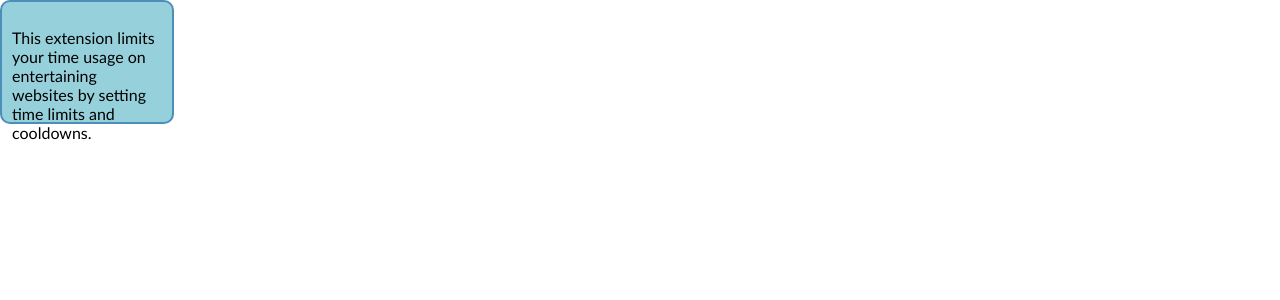
Repository: AndrlmMass/Time-management-chrome-extension
Page: popup.html
These files come from the project's save history. The page is drawn as it stood at one moment and after the next save; the edit follows.
The browser window is 1280 px wide. The pictures show the whole page.

Above is the page before, as saved 2023-08-22 15:38:38.

### popup.html
<!DOCTYPE html>
<html>
<head>
  <title>Popup</title>
  <link rel="stylesheet" type="text/css" href="styles.css">
</head>
<body>
  <div id="popup-container">
    <p>This extension limits your time usage on entertaining websites by setting time limits and cooldowns.</p>
  </div>
  <script src="popup.js"></script>
</body>
</html>

### styles.css
@font-face {
  font-family: 'CustomFont';
  src: url('path/to/font.woff2') format('woff2'),
       url('path/to/font.woff') format('woff');
}

body {
    font-family: 'Calibri', sans-serif;
    margin: 0;
    padding: 0;
  }

  #popup-container {
    padding: 10px;
    margin: 0;
    width: 300px;
    background-color: #96d1db;
    border: 2px solid #4c8eba;
    border-radius: 10px;
  }

### popup.js
document.addEventListener('DOMContentLoaded', function() {
  // Get the popup's main container element
  const popupContainer = document.getElementById('popup-container');

  // Set custom width and height
  popupContainer.style.width = '150px';    // Adjust width as needed
  popupContainer.style.height = '100px';   // Adjust height as needed
});

After the next save:
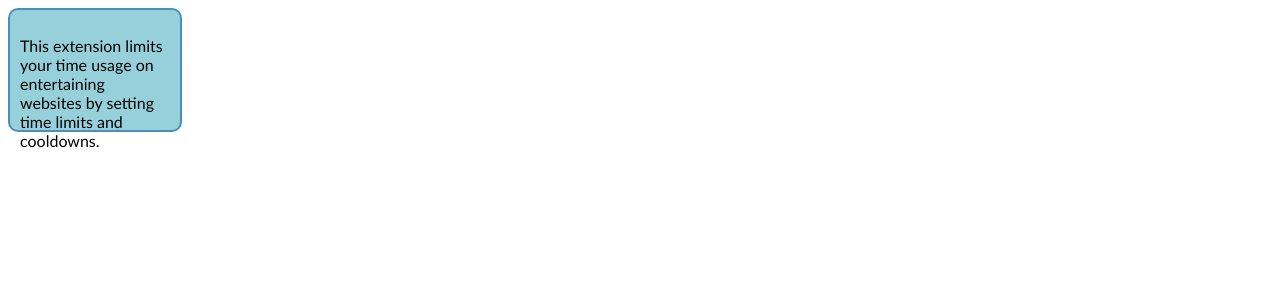
Saved 11 s later.
--- a/styles.css
+++ b/styles.css
@@ -6,8 +6,6 @@
 
 body {
     font-family: 'Calibri', sans-serif;
-    margin: 0;
-    padding: 0;
   }
 
   #popup-container {
